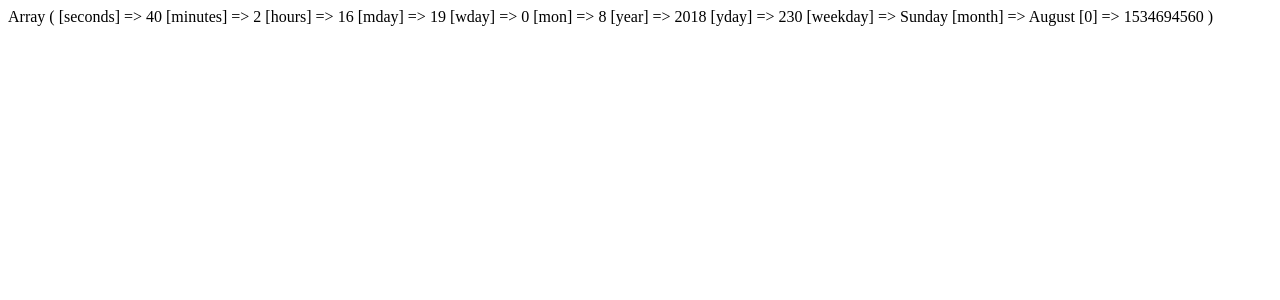
Repository: xiangyu-lin/Python_module
Page: http://localhost/9-dateAndTime/9-6otherFunc.php
These files come from the project's save history. The page is drawn as it stood at one moment and after the next save; the edit follows.
The browser window is 1280 px wide. The pictures show the whole page.
The page is run by PHP 8.4 with error messages shown; the project is at /var/www/html/.

Above is the page before, as saved 2018-08-20 15:03:03.

After the next save:
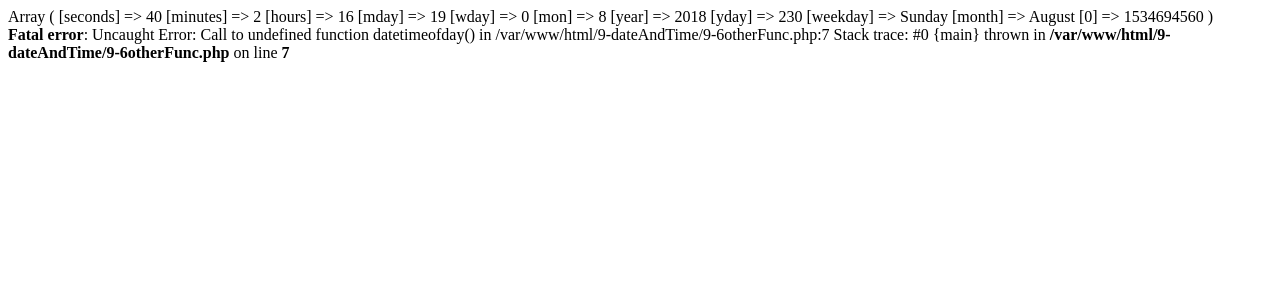
Saved 33 s later.
--- a/demo/9-dateAndTime/9-6otherFunc.php
+++ b/demo/9-dateAndTime/9-6otherFunc.php
@@ -3,4 +3,5 @@
 
 // getdate()  datetimeofday checkdate()
 
-print_r(getdate());
+print_r(getdate()); // 返回数组
+print_r(datetimeofday());

After the save that followed:
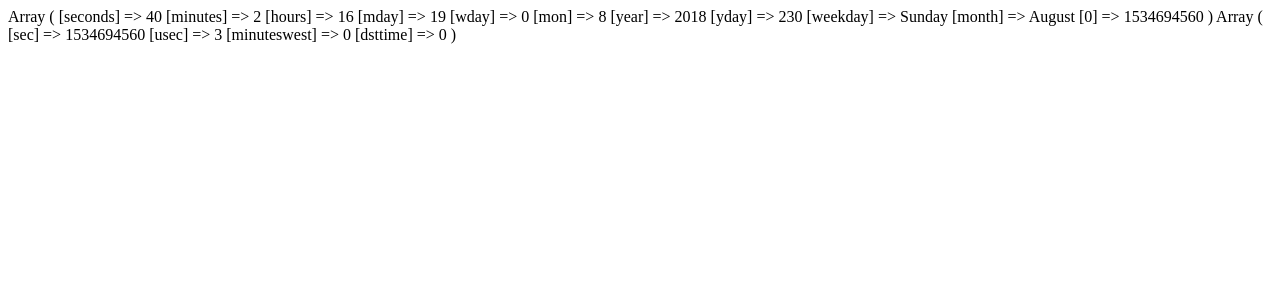
Saved 26 s later.
--- a/demo/9-dateAndTime/9-6otherFunc.php
+++ b/demo/9-dateAndTime/9-6otherFunc.php
@@ -1,7 +1,7 @@
 <?php
 // // 其他常用时间函数
 
-// getdate()  datetimeofday checkdate()
+// getdate()  gettimeofday() checkdate()
 
 print_r(getdate()); // 返回数组
-print_r(datetimeofday());
+print_r(gettimeofday());
